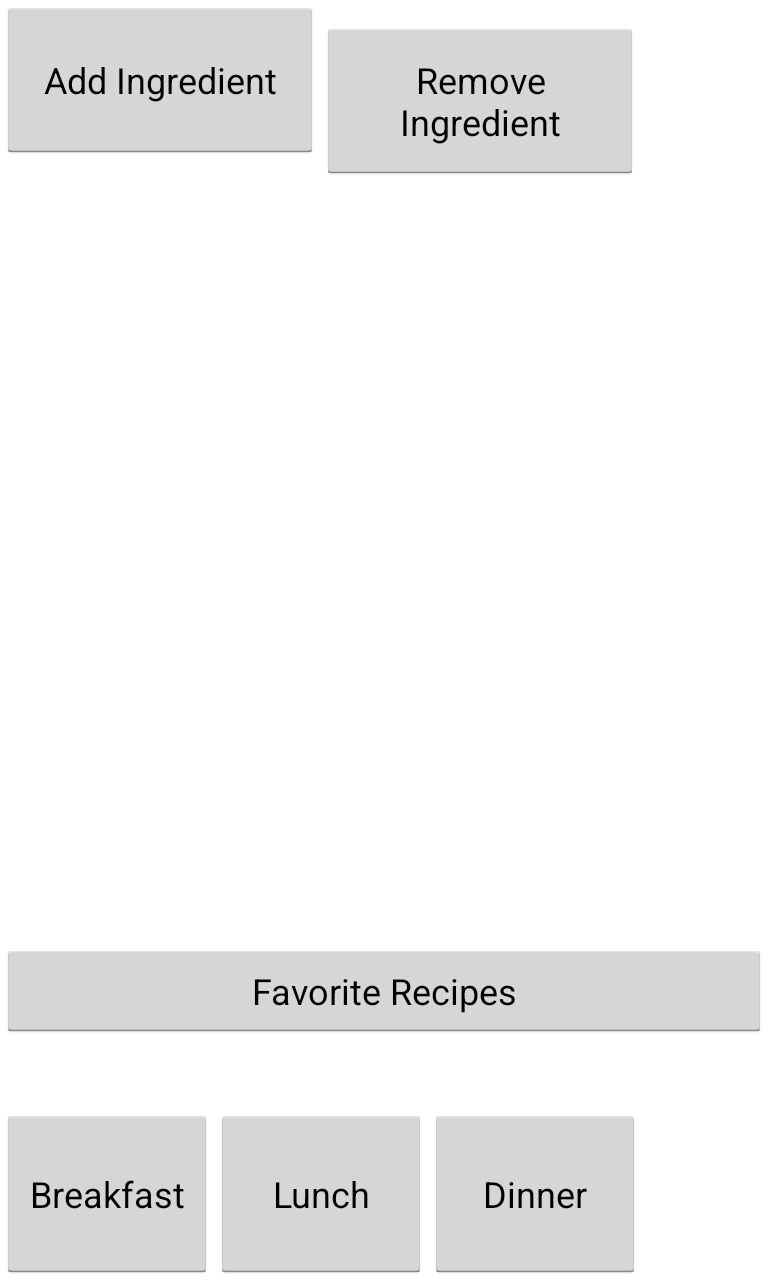
Repository: jmwood22/Boyardroid
Layout: Boyardroid/res/layout/activity_fridge.xml
These files come from the project's save history. The layout is drawn as it stood at one moment and after the next save; the edit follows.
It is drawn on a 768 x 1280 px phone screen (xhdpi) without system bars, with theme AppTheme; the app's code is not run.

Above is the layout before, as saved 2013-02-20 10:34:46.

After the next save:
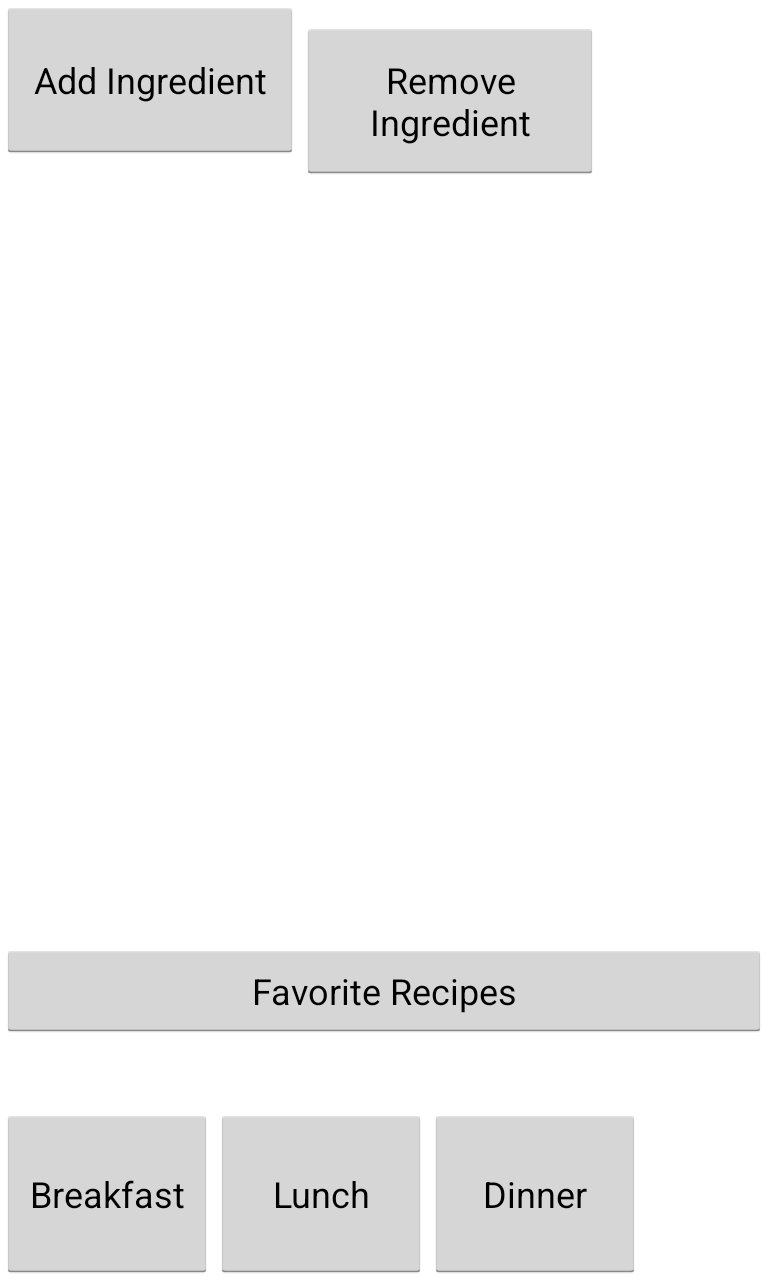
Saved 8 s later.
--- a/Boyardroid/res/layout/activity_fridge.xml
+++ b/Boyardroid/res/layout/activity_fridge.xml
@@ -13,7 +13,7 @@
 
         <Button
             android:id="@+id/button2"
-            android:layout_width="160dp"
+            android:layout_width="150dp"
             android:layout_height="80dp"
             android:layout_gravity="top"
             android:onClick="addIngre"
@@ -21,7 +21,7 @@
 
         <Button
             android:id="@+id/button3"
-            android:layout_width="160dp"
+            android:layout_width="150dp"
             android:layout_height="80dp"
             android:layout_gravity="top"
             android:onClick="removIngre"
